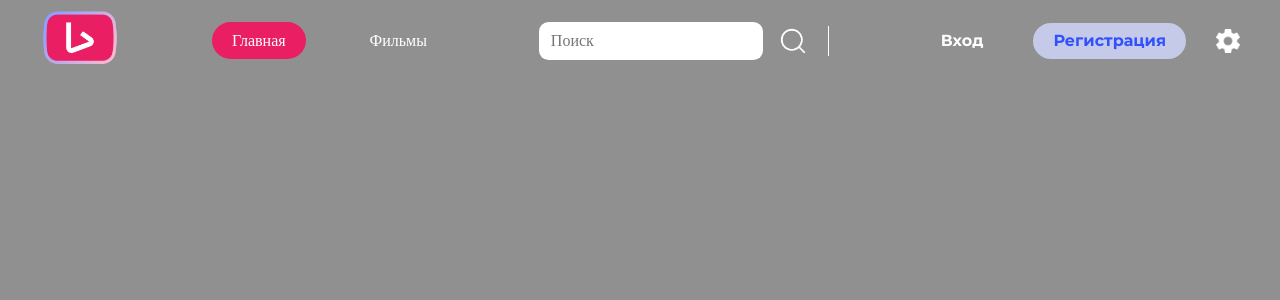
Repository: shilovnikita777/Web1Lab
Page: index.html
The author's editor kept a copy of each file at every save. The page is drawn from the files as they stood at one save, then again after a run of saves.
The browser window is 1280 px wide. The pictures show the whole page.

Above is the page before, as saved 2022-10-08 11:25:55.

After the next 2 saves:
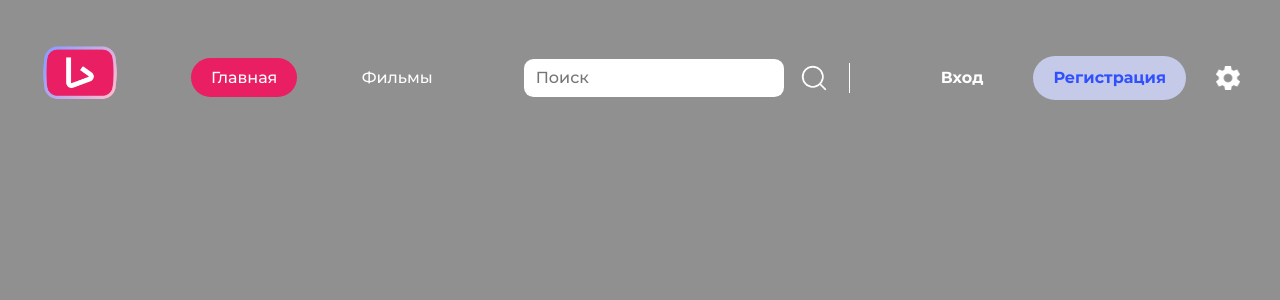
The 2 saves are shown as one change because they came seconds apart.
The last was saved 8 min 32 s later.
--- a/index.html
+++ b/index.html
@@ -3,9 +3,9 @@
 <head>
     <meta charset="UTF-8">
     <title>TVideo</title>
+    <link rel="stylesheet" href="css/reset.css">
     <link rel="stylesheet" href="css/header.css">
     <link rel="stylesheet" href="css/fonts.css">
-    <link rel="stylesheet" href="css/reset.css">
 </head>
 <body>
     <header>
